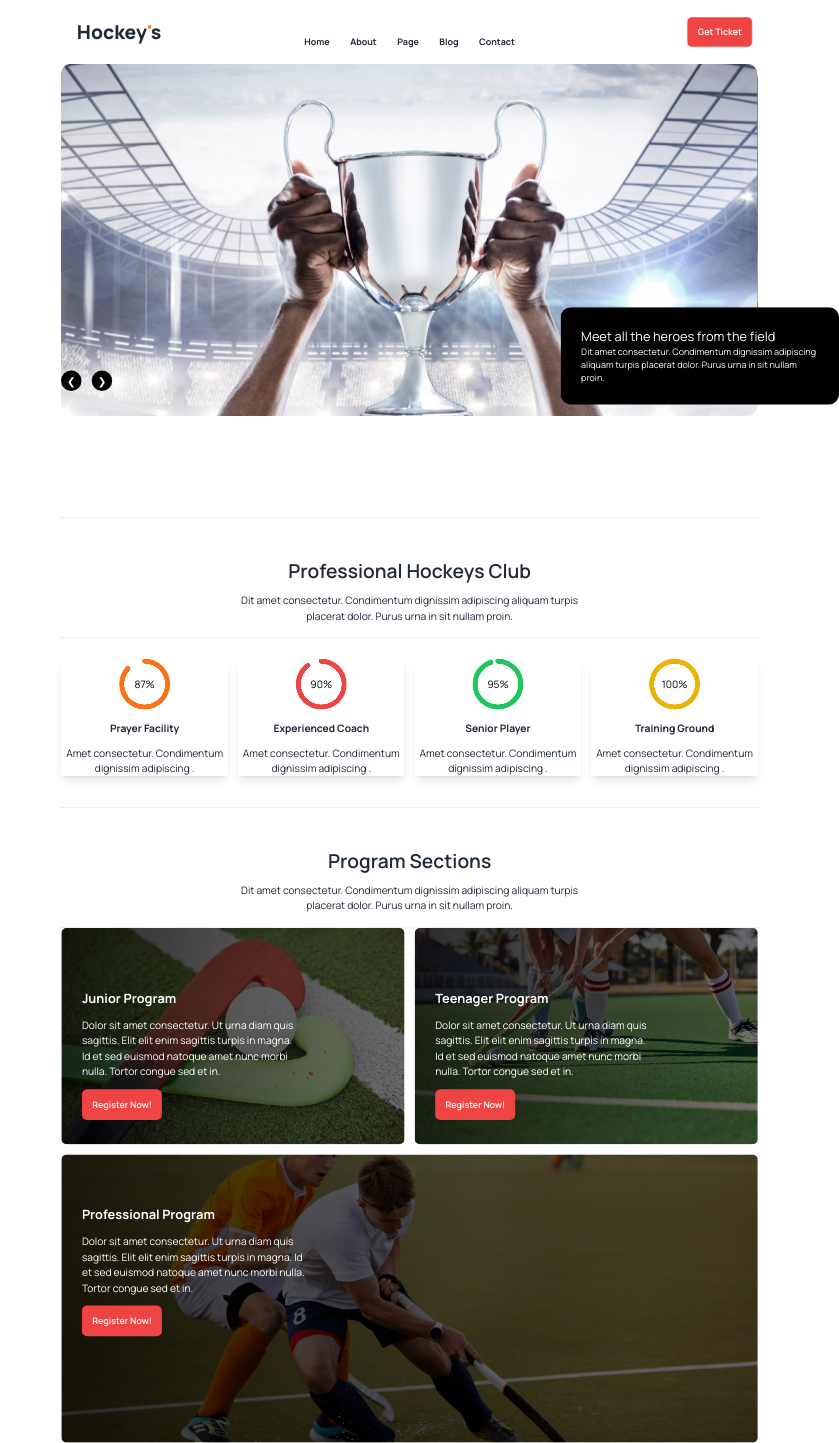
Repository: RudrasahaDibos/Hockey-
Page: index.html
An editor plug-in stored every save of this project. The page is shown before and after a run of saves, followed by the edit.
The browser window is 1280 px wide. The page is 1311 px wide, so the pictures cover 1311 px, including what lies to the right of the window. The pictures show the whole page, at 64% of full size.
Some web libraries are served in a nearby version.

Above is the page before, as saved 2024-10-23 22:46:20.

After the next 2 saves:
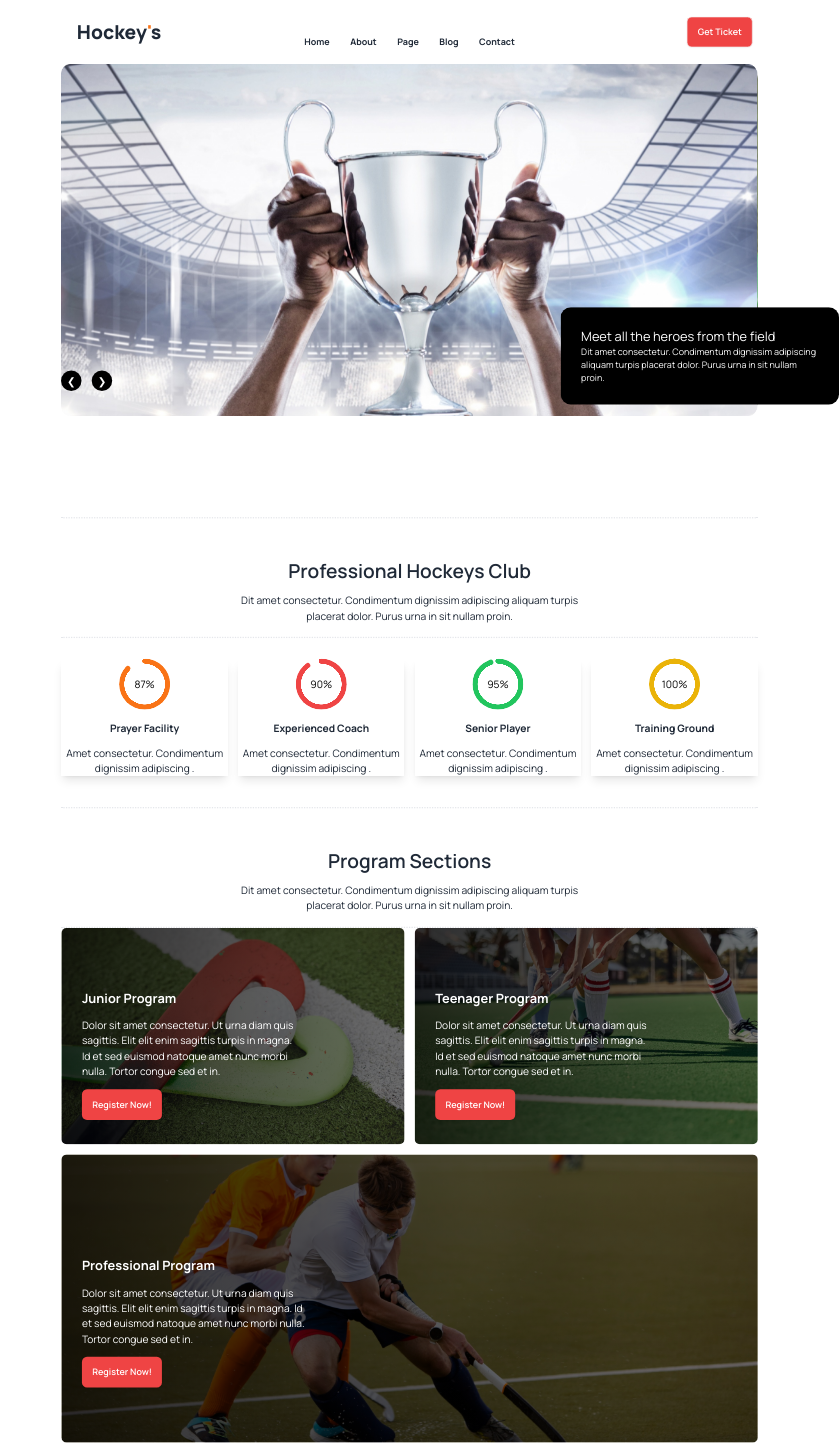
The 2 saves are shown as one change because they came seconds apart.
The last was saved 7 s later.
--- a/index.html
+++ b/index.html
@@ -228,7 +228,7 @@
                                      </div>
                                   </div>
                                   <div class=" lg:col-span-2 relative  rounded-lg  bg-center bg-cover w-full bg-[linear-gradient(90deg,rgb(0,0,0,0.8),rgb(0,0,0,0.5)),url(./images/4.png)] h-[244px] lg:h-[450px]">
-                                    <div class="text-start lg:pt-20 space-y-2 lg:space-y-4 pl-8">
+                                    <div class="text-start lg:pt-40 space-y-2 lg:space-y-4 pl-8">
                                       <h2 class="text-white text-xl font-bold">Professional Program</h2>
                                       <p class="text-white w-1/3">Dolor sit amet consectetur. Ut urna diam quis sagittis. Elit elit
                                         enim sagittis turpis in magna. Id et sed euismod natoque amet nunc morbi nulla. Tortor congue sed et in.</p>
